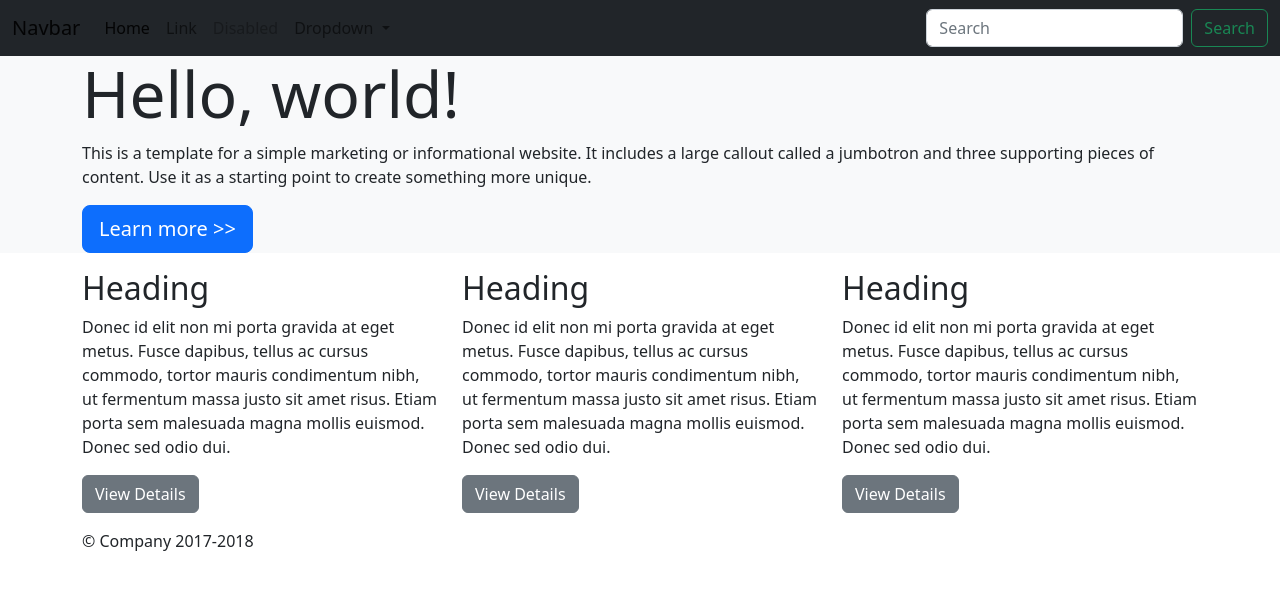
Repository: trongtamdev/lession1_html_sleepcloud
Page: jumbotron.html
The author's editor kept a copy of each file at every save. The page is drawn from the files as they stood at one save, then again after a run of saves.
The browser window is 1280 px wide. The pictures show the whole page.

Above is the page before, as saved 2022-09-12 09:06:19.

After the next 4 saves:
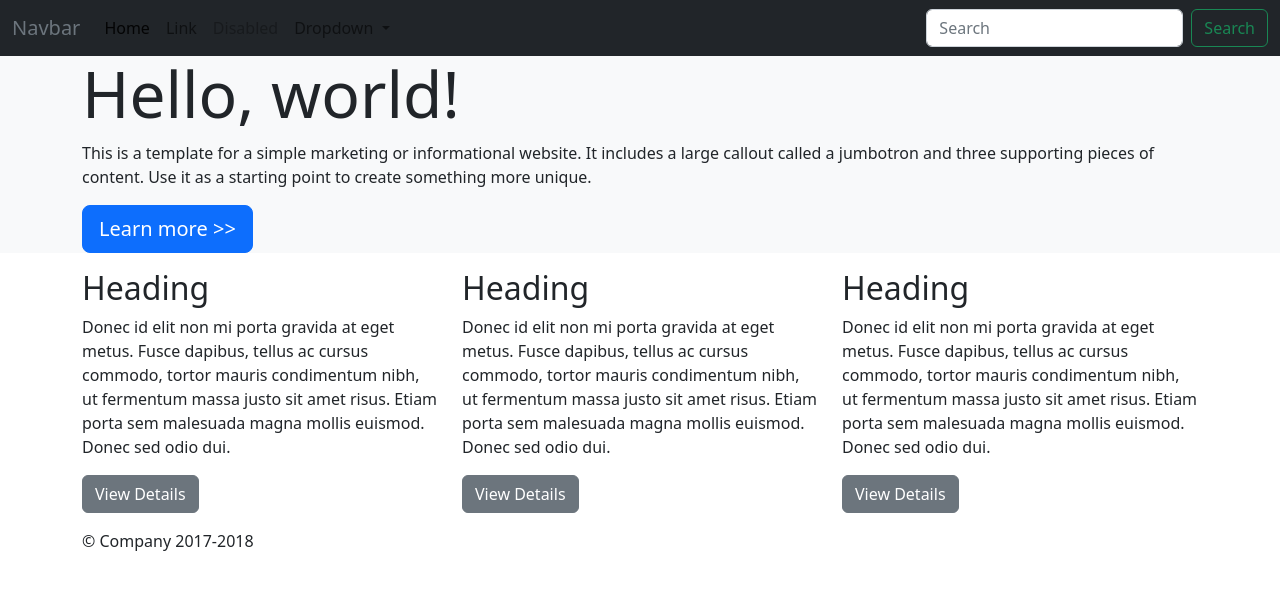
The 4 saves are shown as one change because they came seconds apart.
The last was saved 54 s later.
--- a/jumbotron.html
+++ b/jumbotron.html
@@ -11,7 +11,7 @@
   <body>
     <nav class="navbar navbar-expand-lg bg-dark">
       <div class="container-fluid">
-        <a class="navbar-brand" href="#">Navbar</a>
+        <a class="navbar-brand text-muted" href="#">Navbar</a>
         <button
           class="navbar-toggler"
           type="button"
